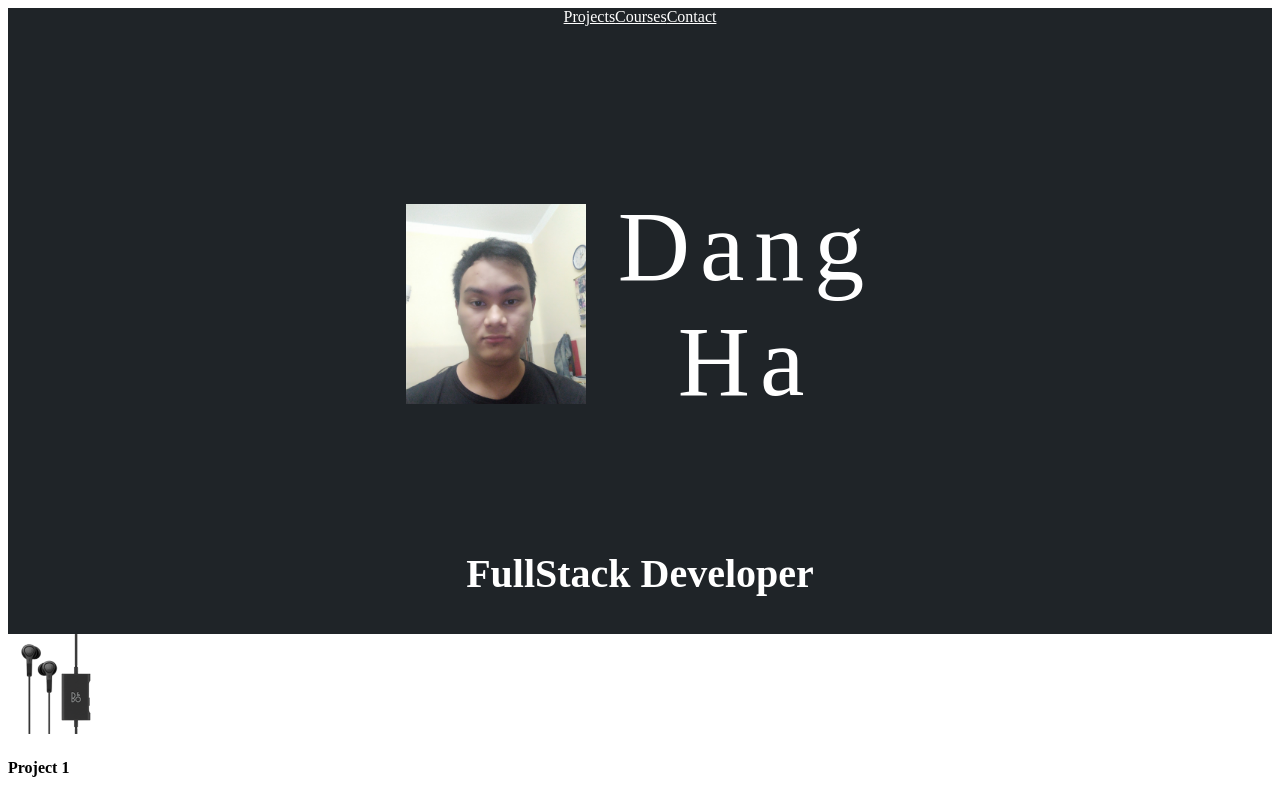
Repository: hagit01/ha-portfolio
Page: home.html
An editor plug-in stored every save of this project. The page is shown before and after the next save, followed by the edit.
The browser window is 1280 px wide. The pictures show the whole page.

Above is the page before, as saved 2021-07-30 10:33:25.

After the next save:
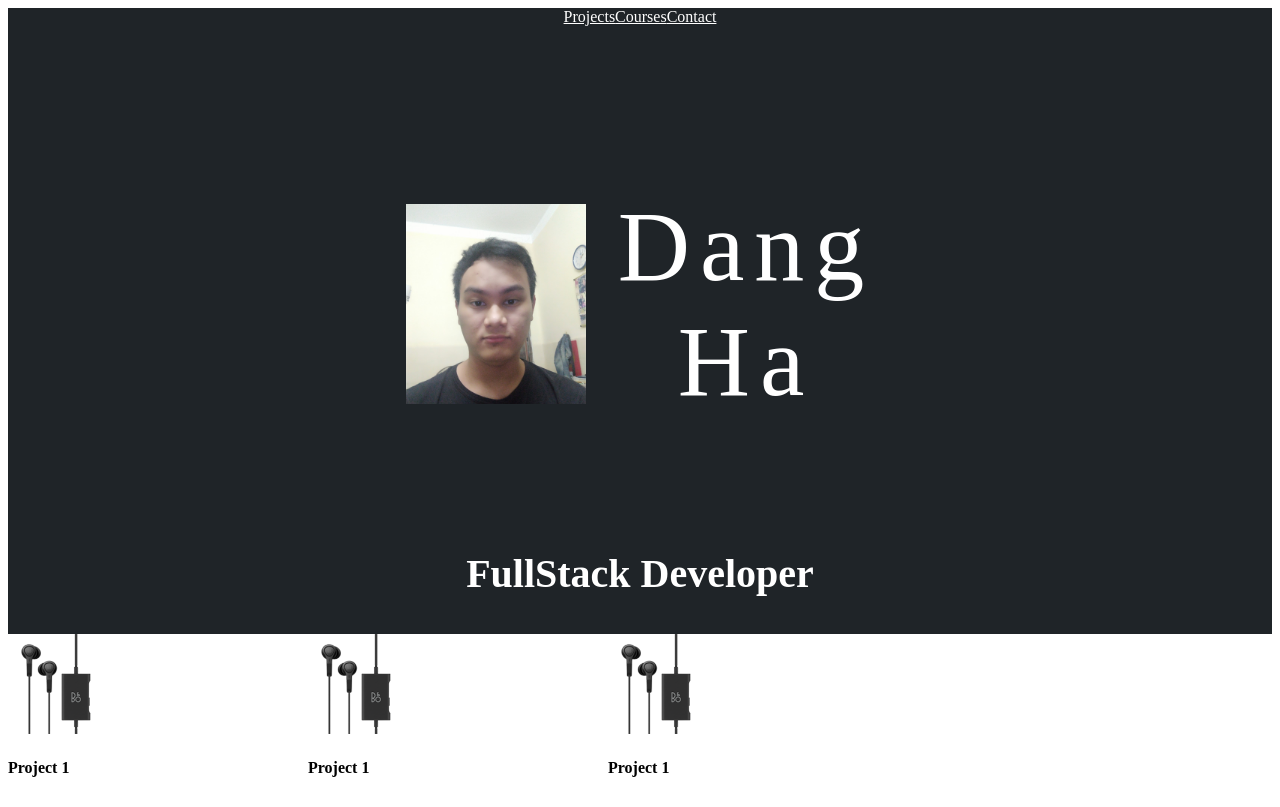
Saved 10 s later.
--- a/home.html
+++ b/home.html
@@ -47,6 +47,18 @@
                     <h4>Project 1</h4>
                 </div>
             </div>
+            <div class="project--column">
+                <img class="project--thumbnail" src="images/1.png" alt="" >
+                <div class="project--body">
+                    <h4>Project 1</h4>
+                </div>
+            </div>
+            <div class="project--column">
+                <img class="project--thumbnail" src="images/1.png" alt="" >
+                <div class="project--body">
+                    <h4>Project 1</h4>
+                </div>
+            </div>
         </div>
 
     </section>
